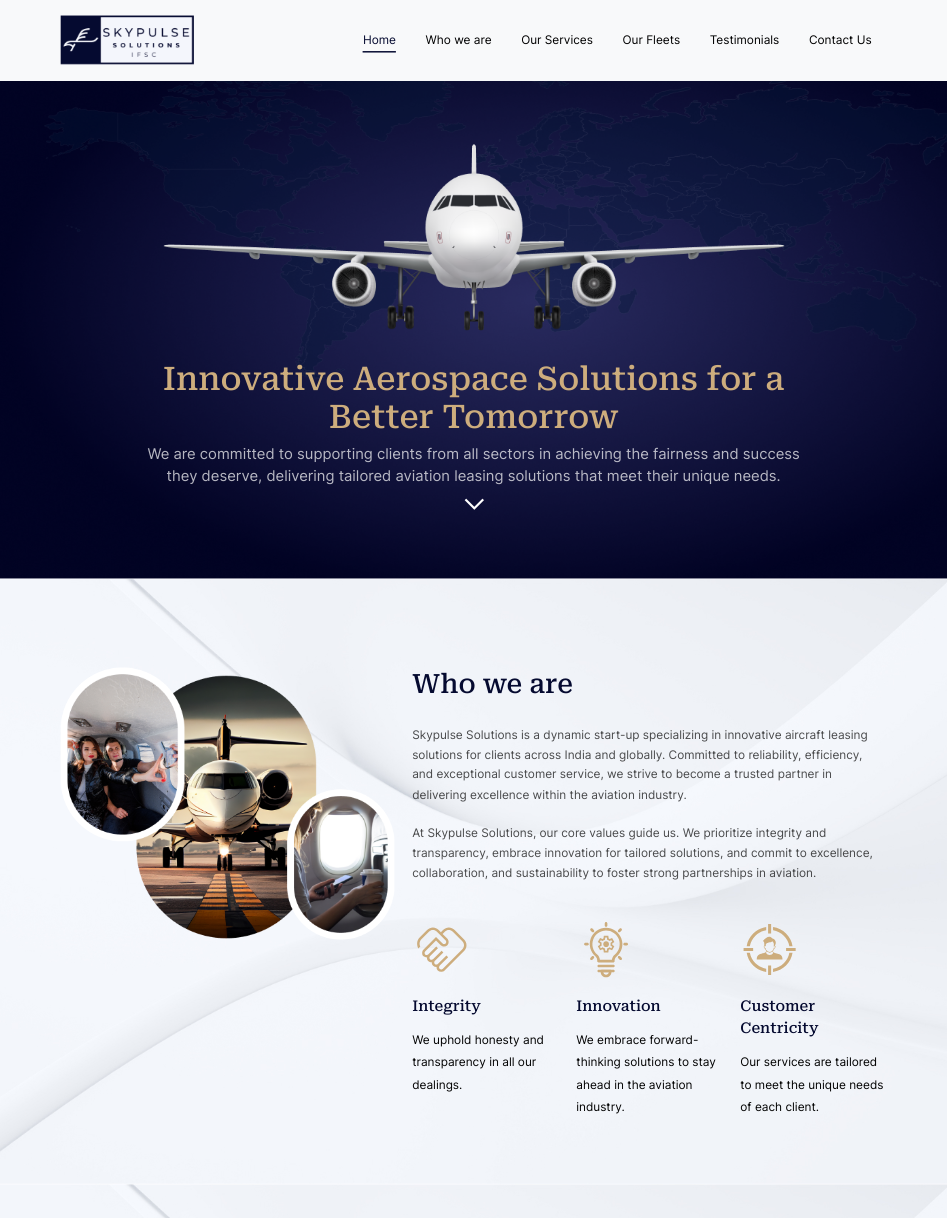
Repository: mangalravi/SkyPulse
Page: index.html
These files come from the project's save history. The page is drawn as it stood at one moment and after a run of saves; the edit follows.
The browser window is 1280 px wide. The pictures show the whole page, at 74% of full size.

Above is the page before, as saved 2024-12-30 10:41:14.

### index.html
<!DOCTYPE html>
<html lang="en">
  <head>
    <meta charset="UTF-8" />
    <meta name="viewport" content="width=device-width, initial-scale=1.0" />
    <title>SkyPluse</title>
    <link rel="icon" href="content/images/favicon.png" type="image/x-icon" />
    <link
      rel="stylesheet"
      type="text/css"
      href="content/bootstrap/css/bootstrap.min.css"
    />
    <link rel="stylesheet" type="text/css" href="content/css/font-family.css" />
    <link rel="stylesheet" type="text/css" href="content/css/Icon.css" />
    <link
      rel="stylesheet"
      type="text/css"
      href="content/lib/slick/css/slick.min.css"
    />
    <link rel="stylesheet" type="text/css" href="content/css/custom.css" />
  </head>
  <body>
    <header class="nvbrhdr position-fixed w-100">

      <nav class="navbar navbar-expand-lg bg-body-tertiary p-0">
        <div class="container-fluid container-lg">
          <a class="navbar-brand m-0 p-0" href="#">
            <img src="content/images/logo.png" alt="logo">
          </a>
          <button class="navbar-toggler" type="button" data-bs-toggle="collapse" data-bs-target="#navbarSupportedContent" aria-controls="navbarSupportedContent" aria-expanded="false" aria-label="Toggle navigation">
            <span class="navbar-toggler-icon"></span>
          </button>
          <div class="collapse navbar-collapse" id="navbarSupportedContent">
            <ul class="navbar-nav ms-auto mb-2 mb-lg-0">
              <li class="nav-item">
                <a class="nav-link active ps-0" aria-current="page" href="#">Home</a>
              </li>
              <li class="nav-item">
                <a class="nav-link" href="#">Who we are</a>
              </li>

              <li class="nav-item">
                <a class="nav-link" href="#">Our Services</a>
              </li>
              <li class="nav-item">
                <a class="nav-link" href="#">Our Fleets</a>
              </li>
              <li class="nav-item">
                <a class="nav-link" href="#">Testimonials</a>
              </li>

              <li class="nav-item">
                <a class="nav-link pe-0" href="#">Contact Us</a>
              </li>
            </ul>

          </div>
        </div>
      </nav>

    </header>
   <section class="top-banner" style="background:url(content/images/banner-bg.png)">
    <div class="container">
      <div class="row justify-content-center">
        <div class="col-md-10">
          <div class="topcntnt text-center">
            <img src="content/images/airplane.png" alt="airplane">
            <h1 class="mb-2 fw-medium">Innovative Aerospace Solutions for a Better Tomorrow</h1>
            <p class="mb-2">We are committed to supporting clients from all sectors in achieving the fairness and success they deserve, delivering tailored aviation leasing solutions that meet their unique needs.</p>
            <span class="material-symbols-outlined">  arrow_forward_ios </span>
          </div>
        </div>
      </div>
    </div>
   </section>
   <section class="who-we-are" style="background:url(content/images/who-we-are-bg.jpg)">
    <div class="container">
      <div class="row justify-content-center gx-4">
        <div class="col-md-5">
<img src="content/images/who-we-are.png" alt="who">
          </div>
        <div class="col-md-7">
<h2 class="sec-head ">Who we are</h2>
<p class="sec-para mb-4">Skypulse Solutions is a
  dynamic start-up specializing in innovative aircraft leasing solutions
   for clients across India
  and globally.  Committed
   to reliability, efficiency, and exceptional
   customer service, we
   strive to become a
   trusted partner in
   delivering excellence
   within the aviation industry.</p>
   <p class="sec-para mb50">
    At Skypulse Solutions, our core values guide us. We prioritize integrity and transparency, embrace innovation for tailored solutions, and commit to excellence, collaboration, and sustainability to foster strong partnerships in aviation.
   </p>
   <div class="row">
    <div class="col-md-4">
      <img src="content/images/integrity.svg" alt="integrity" class="mb20">
      <h3>Integrity</h3>
      <p>We uphold honesty and transparency in all our dealings.</p>
    </div>
    <div class="col-md-4">
      <img src="content/images/innovation.svg" alt="innovation" class="mb20">
      <h3>Innovation</h3>
      <p>We embrace forward-thinking solutions to stay ahead in the aviation industry.</p>
    </div>
    <div class="col-md-4">
      <img src="content/images/customer-centricity.svg" alt="customer-centricity" class="mb20">
      <h3>Customer Centricity</h3>
      <p>Our services are tailored to meet the unique needs of each client.</p>
    </div>
   </div>
          </div>
          </div>
          </div>
          </div>
    <script src="content/js/jquery.min.js"></script>
  <script src="content/bootstrap/js/bootstrap.bundle.min.js"></script>
    <script src="content/lib/slick/js/slick.min.js"></script>
    <script src="content/js/custom.js"></script>
  </body>
</html>

### content/css/font-family.css
/* Inter Family */

@font-face {
  font-family: "Inter";
  font-style: normal;
  font-weight: 400;
  src: url("../fonts/Inter/Inter-Regular.ttf") format("truetype");
  font-display: swap;
}

@font-face {
  font-family: "Inter";
  font-style: normal;
  font-weight: 500;
  src: url("../fonts/Inter/Inter-Medium.ttf") format("truetype");
  font-display: swap;
}

/* Roboto Serif Family */

@font-face {
  font-family: "RobotoSerif";
  font-style: normal;
  font-weight: 400;
  src: url("../fonts/Roboto-Serif/RobotoSerif-Regular.ttf") format("truetype");
  font-display: swap;
}

@font-face {
  font-family: "RobotoSerif";
  font-style: normal;
  font-weight: 500;
  src: url("../fonts/Roboto-Serif/RobotoSerif-Medium.ttf") format("truetype");
  font-display: swap;
}

### content/css/Icon.css
/* fallback */
@font-face {
    font-family: 'Material Icons';
    font-style: normal;
    font-weight: 300;
    src: url(../fonts/icon.woff2) format('woff2');
  }
  /* fallback */
  @font-face {
    font-family: 'Material Icons Outlined';
    font-style: normal;
    font-weight: 300;
    src: url(../fonts/icon-outline.woff2) format('woff2');
  }
  @font-face {
    font-family: 'Material Symbols Outlined';
    font-style: normal;
    font-weight: 300;
    src: url(../fonts/icon-symbol-outline.woff2) format('woff2');
  }

  .material-icons {
    font-family: 'Material Icons';
    font-weight: normal;
    font-style: normal;
    font-size: 24px;
    line-height: 1;
    letter-spacing: normal;
    text-transform: none;
    display: inline-block;
    white-space: nowrap;
    word-wrap: normal;
    direction: ltr;
    -webkit-font-feature-settings: 'liga';
    -webkit-font-smoothing: antialiased;
  }

  .material-icons-outlined {
    font-family: 'Material Icons Outlined';
    font-weight: normal;
    font-style: normal;
    font-size: 24px;
    line-height: 1;
    letter-spacing: normal;
    text-transform: none;
    display: inline-block;
    white-space: nowrap;
    word-wrap: normal;
    direction: ltr;
    -webkit-font-feature-settings: 'liga';
    -webkit-font-smoothing: antialiased;
  }
 /* Fallback */


.material-symbols-outlined {
  font-family: 'Material Symbols Outlined';
  font-weight: normal;
  font-style: normal;
  font-size: 24px;
  line-height: 1;
  letter-spacing: normal;
  text-transform: none;
  display: inline-block;
  white-space: nowrap;
  word-wrap: normal;
  direction: ltr;
  -webkit-font-feature-settings: 'liga';
  -webkit-font-smoothing: antialiased;
}

### content/lib/slick/css/slick.min.css
/**
 * Minified by jsDelivr using clean-css v4.2.0.
 * Original file: /npm/slick-carousel@1.8.1/slick/slick.css
 *
 * Do NOT use SRI with dynamically generated files! More information: https://www.jsdelivr.com/using-sri-with-dynamic-files
 */
 .slick-slider{position:relative;display:block;box-sizing:border-box;-webkit-user-select:none;-moz-user-select:none;-ms-user-select:none;user-select:none;-webkit-touch-callout:none;-khtml-user-select:none;-ms-touch-action:pan-y;touch-action:pan-y;-webkit-tap-highlight-color:transparent}.slick-list{position:relative;display:block;overflow:hidden;margin:0;padding:0}.slick-list:focus{outline:0}.slick-list.dragging{cursor:pointer;cursor:hand}.slick-slider .slick-list,.slick-slider .slick-track{-webkit-transform:translate3d(0,0,0);-moz-transform:translate3d(0,0,0);-ms-transform:translate3d(0,0,0);-o-transform:translate3d(0,0,0);transform:translate3d(0,0,0)}.slick-track{position:relative;top:0;left:0;display:block;margin-left:auto;margin-right:auto}.slick-track:after,.slick-track:before{display:table;content:''}.slick-track:after{clear:both}.slick-loading .slick-track{visibility:hidden}.slick-slide{display:none;float:left;height:100%;min-height:1px}[dir=rtl] .slick-slide{float:right}.slick-slide img{display:block}.slick-slide.slick-loading img{display:none}.slick-slide.dragging img{pointer-events:none}.slick-initialized .slick-slide{display:block}.slick-loading .slick-slide{visibility:hidden}.slick-vertical .slick-slide{display:block;height:auto;border:1px solid transparent}.slick-arrow.slick-hidden{display:none}
 /*# sourceMappingURL=/sm/fb3ed351cd5c0f1f30f88778ee1f9b056598e6d25ac4fdcab1eebcd8be521cd9.map */

### content/css/custom.css
:root {
  --bs-primary-color: #050A30;
  --bs-secondary-color: #030303;
  --bs-gold-color: #CDAD7D;
  --bs-heading-font-family: 'RobotoSerif', serif;
  --bs-body-font-family: 'Inter', sans-serif;
}

  section {
    padding: 120px 0;
  }
  p {
    color:var(--bs-secondary-color);
    line-height: 1.875rem;
    font-weight: 400;
  }
  a {
    text-decoration: none;
  }
  h1,h2,h3,h4,h5,h6 {
    font-family: var(--bs-heading-font-family);
    font-weight: 500;
    margin-bottom: 1rem;
    color:var(--bs-primary-color);
  }
  .material-symbols-outlined {
    font-weight: bold;
    font-size:1.25rem;
    transition:all 0.7s;
  }
  img {
    max-width: 100%;
  }
  body{
    padding:0 ;
  }
 .navbar{
background: #FFFFFFF2;
}
.nvbrhdr{
   z-index: 99;
 }
 .navbar-expand-lg .navbar-nav .nav-link {
padding: 2.781rem 0;
margin:0 1.25rem;
color:#000000;
line-height: 1.25rem;
position: relative;
 }
 .navbar-expand-lg .navbar-nav .nav-link.active {
  color: var(--bs-primary-color);
 }
 .navbar-expand-lg .navbar-nav .nav-link::before{
  position: absolute;
  content: "";
  background: transparent;
  width: 100%;
  height: 2px;
  left: 0;
  top: 63%;
 }
 .navbar-expand-lg .navbar-nav .nav-link.active::before,
  .navbar-expand-lg .navbar-nav .nav-link:hover::before {
background:var(--bs-primary-color);
 }

/* top-banner */
.top-banner{
  padding-top: 195px;
   padding-bottom: 78px;
background-size:cover;
background-position:center;
 }
.top-banner .topcntnt img{
margin-bottom: 2.5rem;
 }
.top-banner .topcntnt h1{
color:#CDAD7D;
font-size:2.75rem;
line-height: 51.52px;
letter-spacing: 1.5%;
 }
.top-banner .topcntnt p{
font-size:1.25rem;
line-height: 1.875rem;
color:#fff;
opacity: 0.7;
 }
.top-banner .topcntnt span{
  font-size: 2rem;
  transform: rotate(90deg);
  color: #fff;
}
.sec-head{
  font-size: 2.25rem;
  line-height: 45px;
}
.who-we-are .sec-head{
  margin-bottom: 2rem;
}
.gold{
  color:#CDAD7D;
}
.sec-para{
  color:#030303;
  line-height: 27.2px;
  opacity: 0.7;
}
.mb50{
  margin-bottom: 50px;
}
.mb20{
  margin-bottom: 1.25rem;
}
.who-we-are h3{
  font-size: 1.25rem;
  line-height: 1.875rem;
}

### content/js/custom.js
$(window).scroll(function () {
  $(this).scrollTop() >= 250
    ? $(".nvbrhdr").addClass("bg-white")
    : $(".nvbrhdr").removeClass("bg-white");
})

Loaded but not shown: content/bootstrap/css/bootstrap.min.css (library); content/js/jquery.min.js (library); content/bootstrap/js/bootstrap.bundle.min.js (library); content/lib/slick/js/slick.min.js (library)

After the next 2 saves:
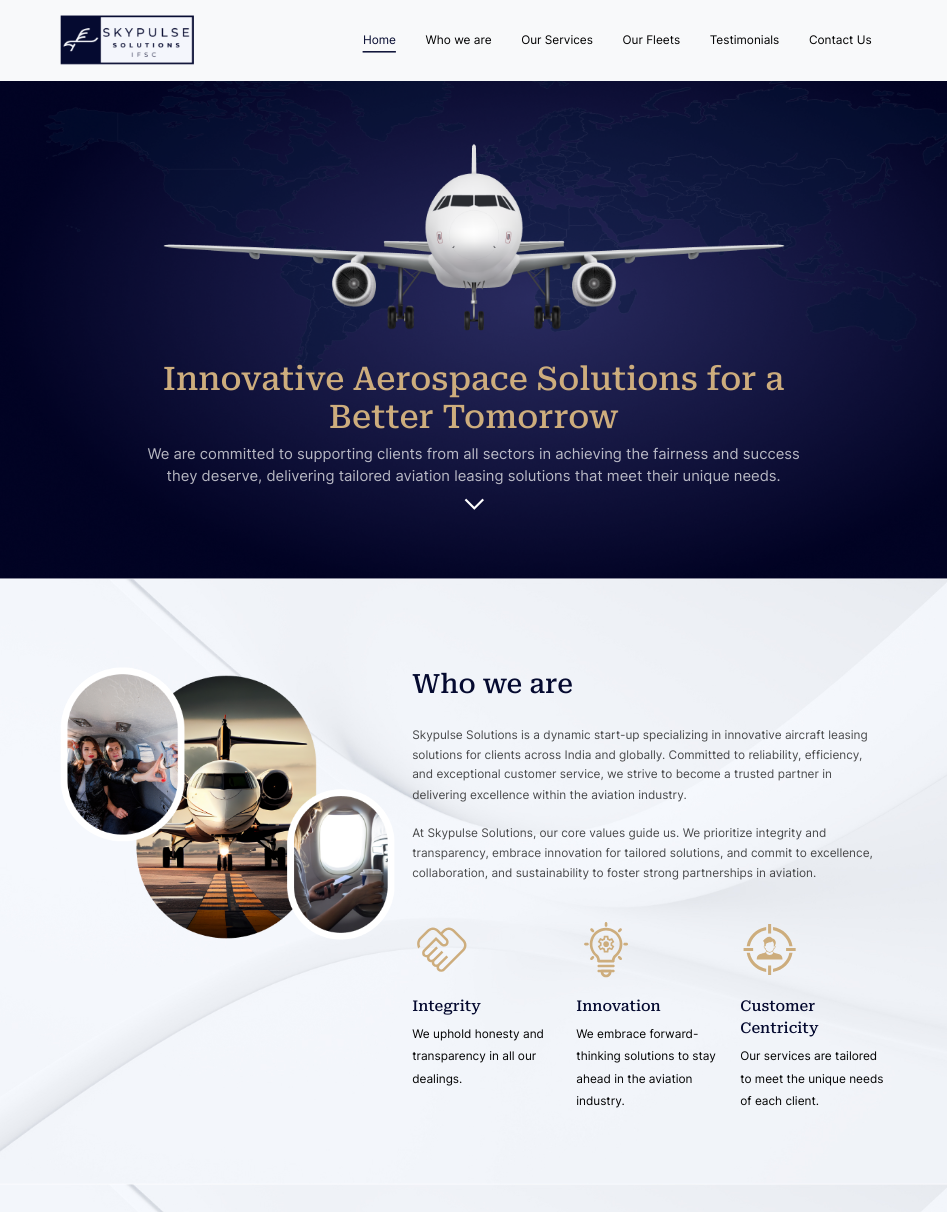
The 2 saves are shown as one change because they came seconds apart.
The last was saved 13 s later.
--- a/index.html
+++ b/index.html
@@ -97,17 +97,17 @@
    <div class="row">
     <div class="col-md-4">
       <img src="content/images/integrity.svg" alt="integrity" class="mb20">
-      <h3>Integrity</h3>
+      <h3 class="mb-2">Integrity</h3>
       <p>We uphold honesty and transparency in all our dealings.</p>
     </div>
     <div class="col-md-4">
       <img src="content/images/innovation.svg" alt="innovation" class="mb20">
-      <h3>Innovation</h3>
+      <h3 class="mb-2">Innovation</h3>
       <p>We embrace forward-thinking solutions to stay ahead in the aviation industry.</p>
     </div>
     <div class="col-md-4">
       <img src="content/images/customer-centricity.svg" alt="customer-centricity" class="mb20">
-      <h3>Customer Centricity</h3>
+      <h3 class="mb-2">Customer Centricity</h3>
       <p>Our services are tailored to meet the unique needs of each client.</p>
     </div>
    </div>
